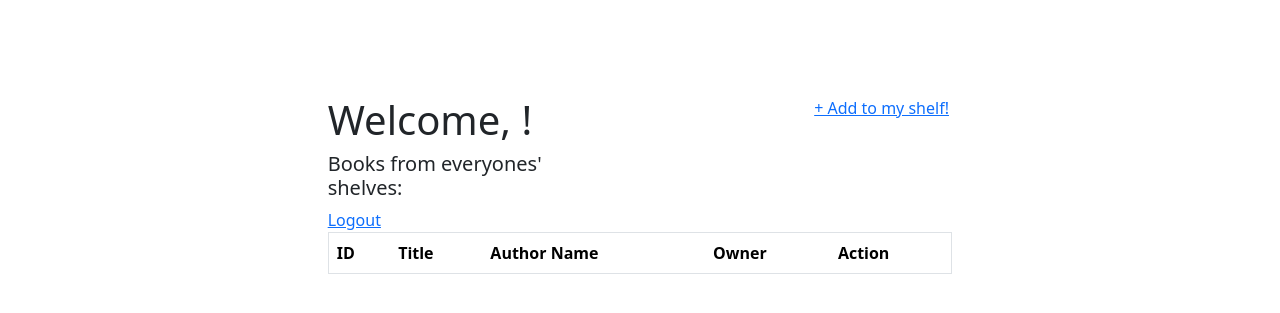
Repository: ShathaMorales/Java-Stack
Page: http://localhost/LoginRegistration/WEB-INF/home.jsp
These files come from the project's save history. The page is drawn as it stood at one moment and after the next save; the edit follows.
The browser window is 1280 px wide. The pictures show the whole page.
The page is served by Tomcat 10. Nobody is signed in. Other server files are loaded and not shown. The template is opened directly, without the code that normally fills it, so the values that code supplies are empty.

Above is the page before, as saved 2023-05-13 15:16:24.

### _java/FullSpring/BookBroker/LoginRegistration/src/main/webapp/WEB-INF/home.jsp
<%@ page language="java" contentType="text/html; charset=UTF-8" pageEncoding="UTF-8"%>
<!-- c:out ; c:forEach etc. -->
<%@ taglib prefix = "c" uri = "http://java.sun.com/jsp/jstl/core" %>
<!-- Formatting (dates) -->
<%@ taglib uri="http://java.sun.com/jsp/jstl/fmt" prefix="fmt"  %>
<!-- form:form -->
<%@ taglib prefix="form" uri="http://www.springframework.org/tags/form"%>
<!-- for rendering errors on PUT routes -->
<%@ page isErrorPage="true" %>
<!DOCTYPE html>
<html>
<head>
<meta charset="UTF-8">
<link href="https://cdn.jsdelivr.net/npm/bootstrap@5.3.0-alpha3/dist/css/bootstrap.min.css" rel="stylesheet" integrity="sha384-KK94CHFLLe+nY2dmCWGMq91rCGa5gtU4mk92HdvYe+M/SXH301p5ILy+dN9+nJOZ" crossorigin="anonymous">
<title>Dashboard</title>
</head>
<body>
    <div class = "container-md-fluid m-5 p-5">

           <div class = "row justify-content-center">
            <div class = "col-7 align-self-center">
            	<table class="table border col-5 mb-5">
            	      <div class = "row justify-content-between">
            <div class = "col-5">
                <h1>Welcome, <c:out value="${userName}"></c:out>!</h1>
                <h5>Books from everyones' shelves:</h5>
                <a href="/logout">Logout</a>
            </div>
              <div class = "col-3 ">
              <!-- <a href="/logout">Logout</a> -->
              <a href="/books/new">+ Add to my shelf!</a>
            </div>
        </div>
				  <thead>
				    <tr>
				      <th scope="col">ID</th>
				      <th scope="col">Title</th>
				      <th scope="col">Author Name</th>
				      <th scope="col">Owner</th>
				      <th scope="col">Action</th>
				    </tr>
				  </thead>
				  <tbody>
				  <c:forEach var="book" items="${books}">
				    <tr>
				      <th scope="row"><c:out value="${book.id}"></c:out></th>
				      <td><a href="/books/${book.id}"><c:out value="${book.title}"></c:out></a></td>
				      <td><c:out value="${book.author}"></c:out></td>
				      <td><c:out value="${book.user.userName}"></c:out></td>
				      <c:if test = "${user_id == book.user.id}">
				      		<td><a href="/books/${book.id}/edit">edit</a> | <a href="/books/${book.id}/delete">delete</a></td>
				      </c:if>
				      <c:if test = "${user_id != book.user.id}">
				      		<td><a href="/books/${book.id}/borrow">borrow</a></td>
				      </c:if>
				    </tr>
				    </c:forEach>
				</table>
            </div>
        </div>
    </div>
</body>
</html>

After the next save:
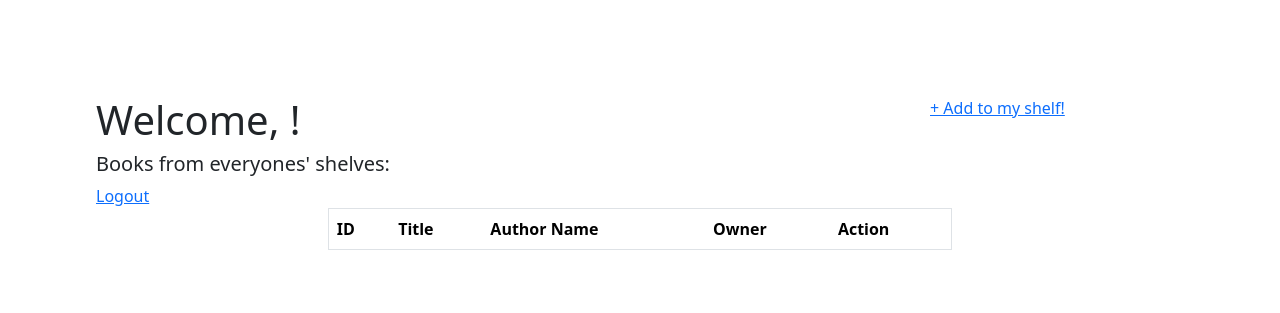
Saved 24 s later.
--- a/_java/FullSpring/BookBroker/LoginRegistration/src/main/webapp/WEB-INF/home.jsp
+++ b/_java/FullSpring/BookBroker/LoginRegistration/src/main/webapp/WEB-INF/home.jsp
@@ -16,11 +16,7 @@
 </head>
 <body>
     <div class = "container-md-fluid m-5 p-5">
-
-           <div class = "row justify-content-center">
-            <div class = "col-7 align-self-center">
-            	<table class="table border col-5 mb-5">
-            	      <div class = "row justify-content-between">
+        <div class = "row justify-content-between">
             <div class = "col-5">
                 <h1>Welcome, <c:out value="${userName}"></c:out>!</h1>
                 <h5>Books from everyones' shelves:</h5>
@@ -31,6 +27,9 @@
               <a href="/books/new">+ Add to my shelf!</a>
             </div>
         </div>
+           <div class = "row justify-content-center">
+            <div class = "col-7 align-self-center">
+            	<table class="table border col-5 mb-5">
 				  <thead>
 				    <tr>
 				      <th scope="col">ID</th>
